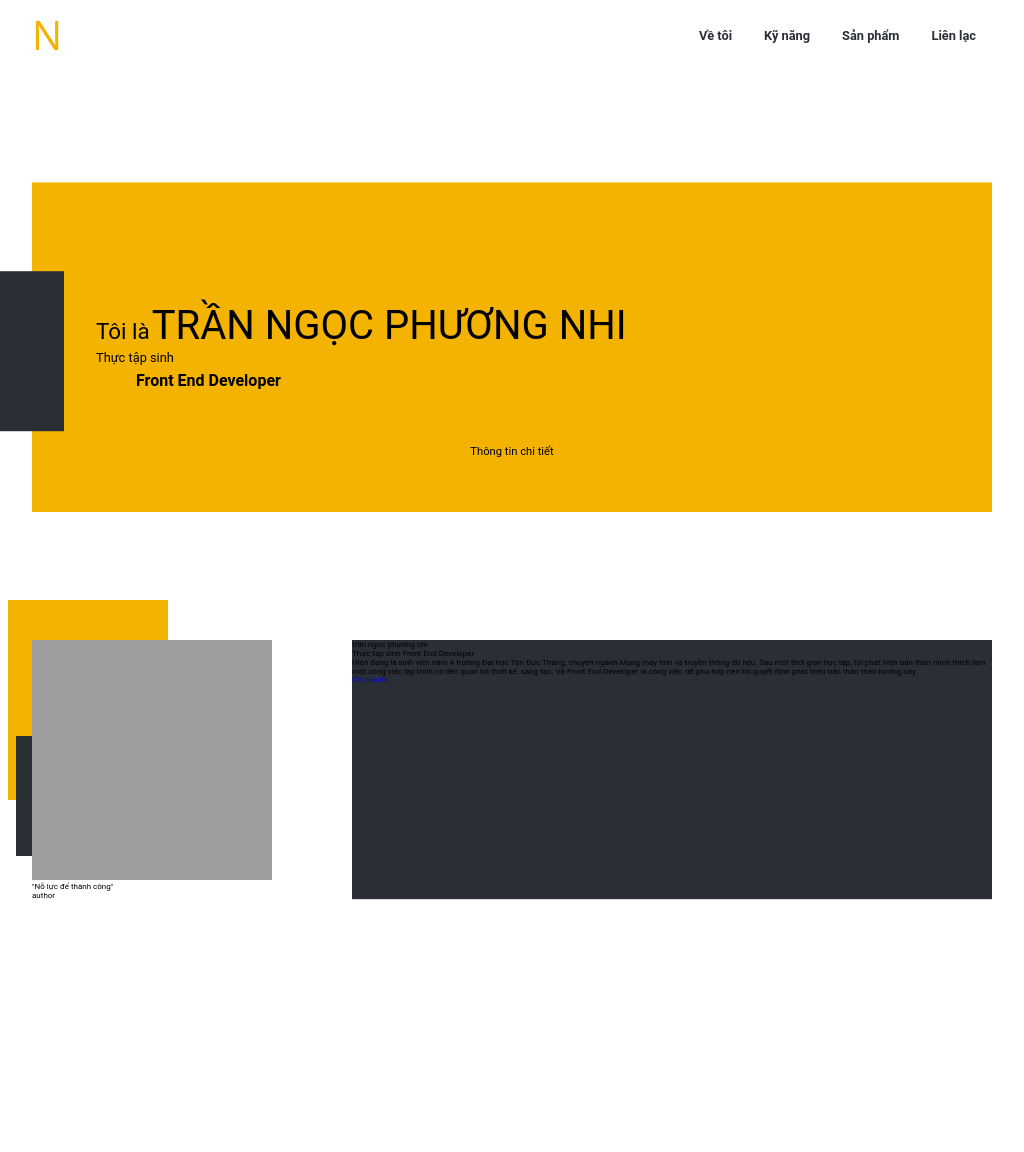
Repository: TranNgocPhuongNhi/my-portfolio
Page: index.html
These files come from the project's save history. The page is drawn as it stood at one moment and after the next save; the edit follows.
The browser window is 1280 px wide. The pictures show the whole page, at 80% of full size.
Pictures or frames that could not be fetched are drawn as grey boxes. Some icons come from a web library that is not loaded, so they are not drawn. Some web libraries are served in a nearby version.

Above is the page before, as saved 2021-07-04 16:07:43.

After the next save:
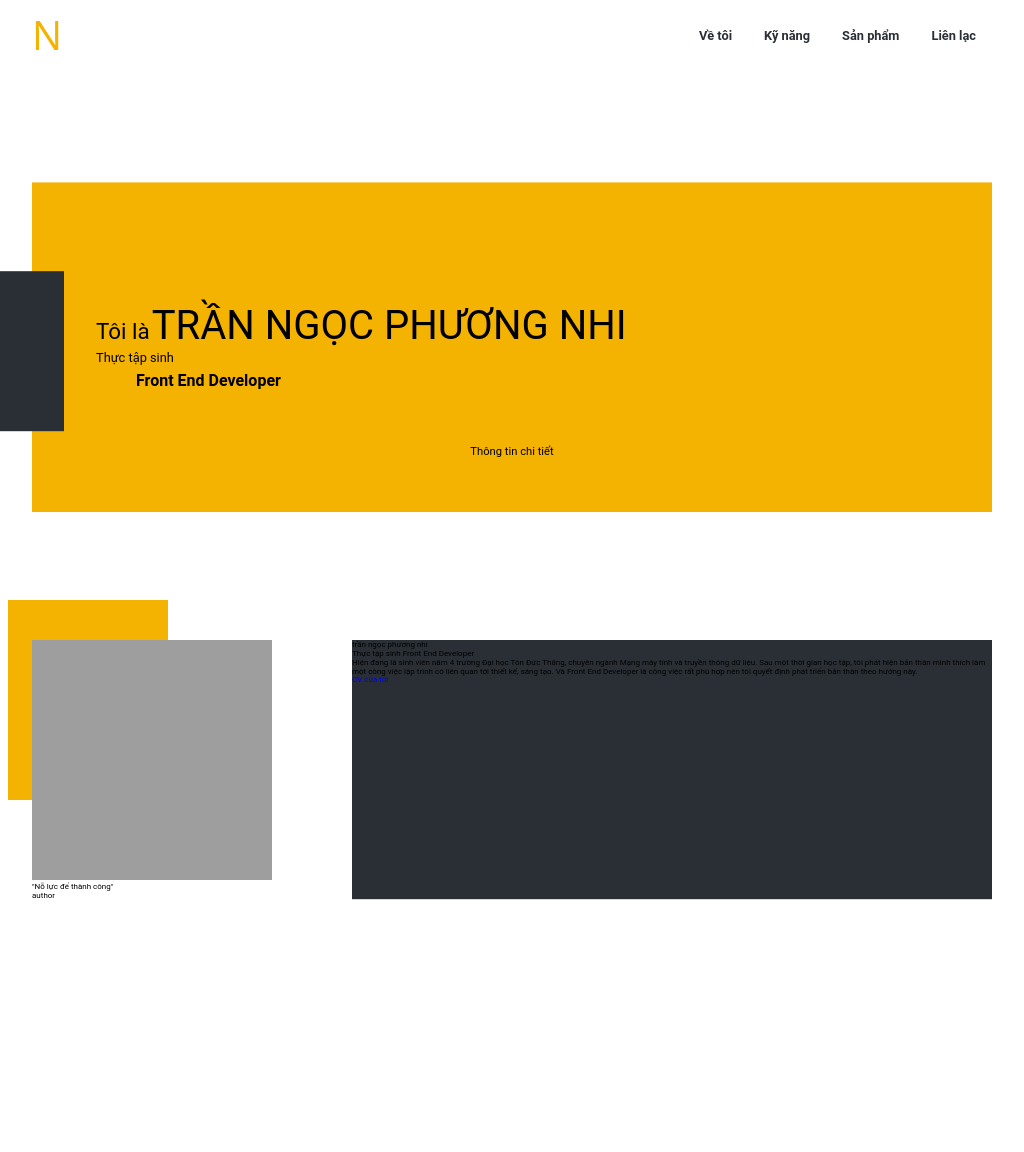
Saved 6 s later.
--- a/resources/css/main.css
+++ b/resources/css/main.css
@@ -192,7 +192,7 @@ a {
     background-color: var(--primary2);
     position: absolute;
     top: 20rem;
-    left: -2rem;
+    left: -20rem;
     z-index: -1;
 }
 
